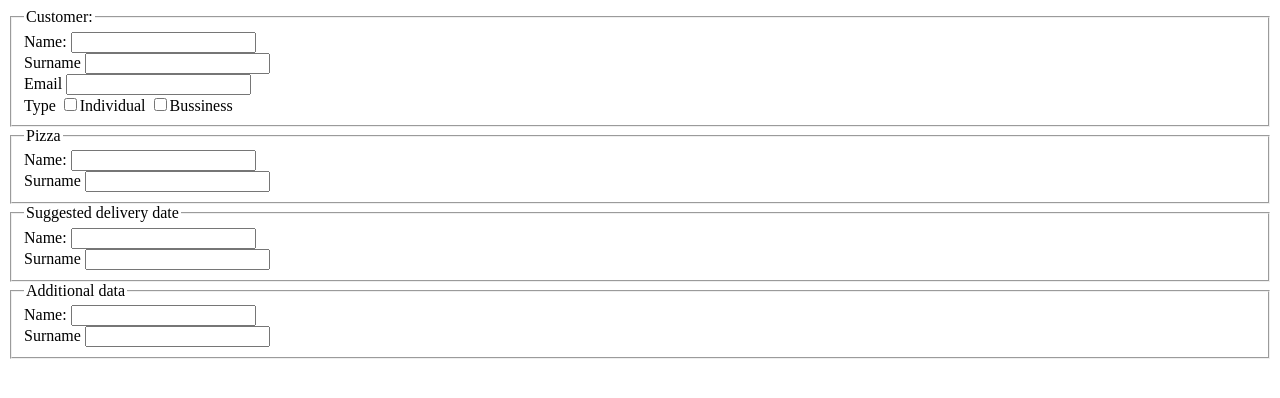
Repository: wisni4k/html-trainee
Page: testWeb/WebContent/Formularz.html
These files come from the project's save history. The page is drawn as it stood at one moment and after the next save; the edit follows.
The browser window is 1280 px wide. The pictures show the whole page.

Above is the page before, as saved 2015-07-10 11:29:35.

After the next save:
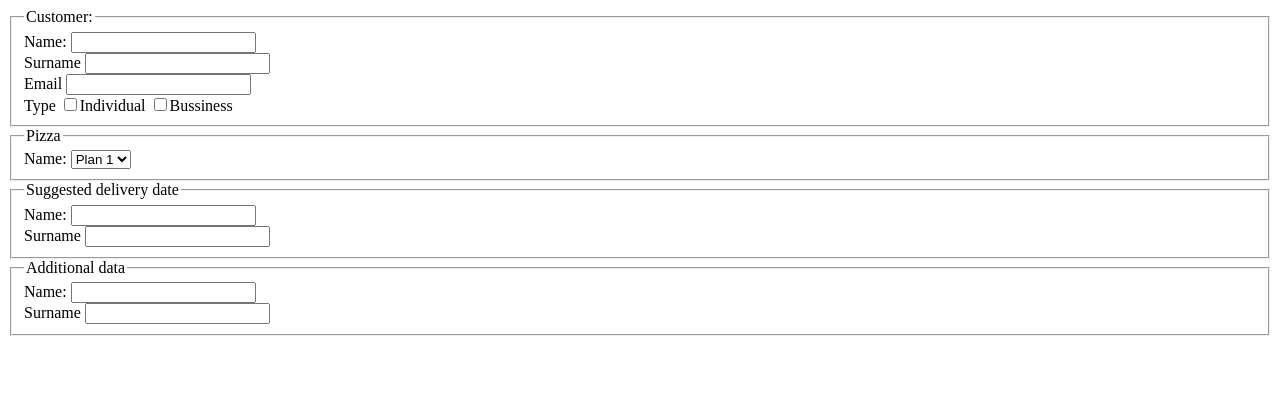
Saved 3 min 9 s later.
--- a/testWeb/WebContent/Formularz.html
+++ b/testWeb/WebContent/Formularz.html
@@ -17,7 +17,13 @@
 
 		<fieldset>
 			<legend>Pizza</legend>
-			Name: <input type="text"><br> Surname <input type="text"><br>
+			Name: <select name="decision">
+				<option selected>Plan 1
+				<option>Plan 2
+				<option>Plan 3
+				<option>Plan 4
+				<option>Plan 5
+			</select>
 		</fieldset>
 		<fieldset>
 			<legend>Suggested delivery date</legend>
